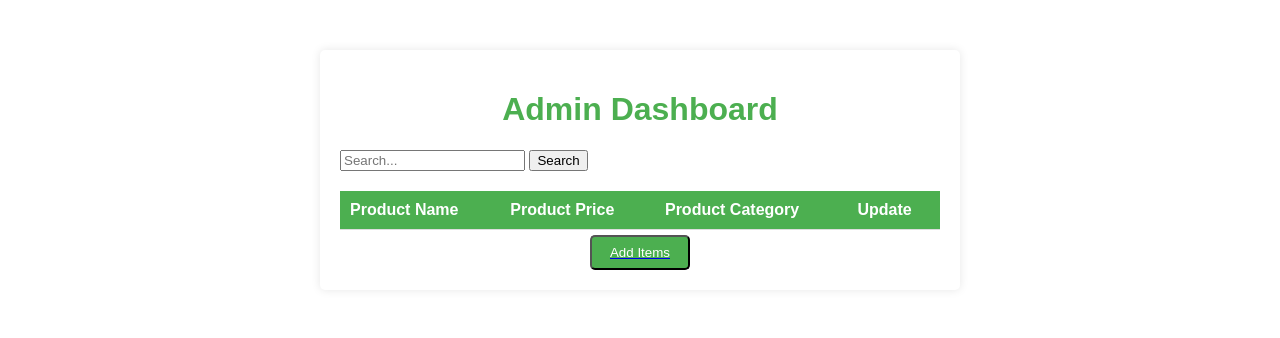
Repository: UrinduYatawakaa/OOP_project
Page: http://localhost/ProductDemo/AllServlet
The author's editor kept a copy of each file at every save. The page is drawn from the files as they stood at one save, then again after the next save.
The browser window is 1280 px wide. The pictures show the whole page.
The page is served by Tomcat 9. Queries for data that is not in the repository find no rows.

Above is the page before, as saved 2023-10-25 18:30:49.

After the next save:
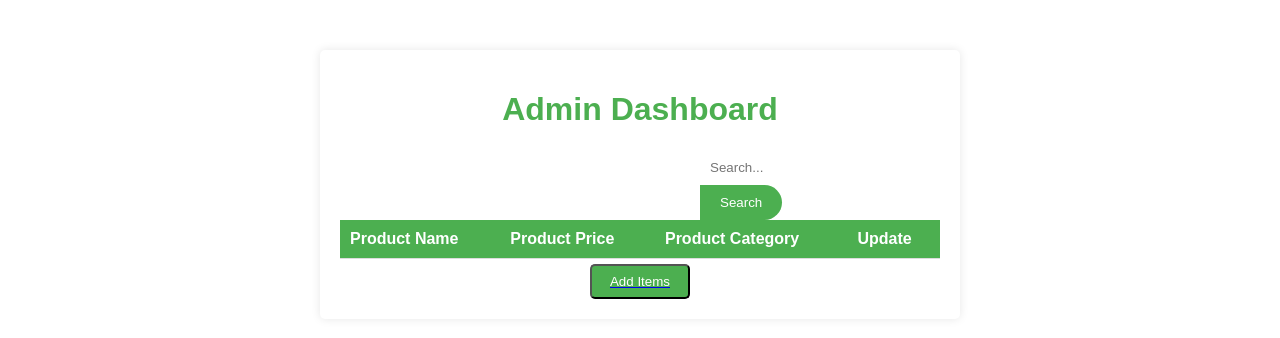
Saved 85 s later.
--- a/oop project/ProductDemo/src/main/webapp/searchbarAdmin.jsp
+++ b/oop project/ProductDemo/src/main/webapp/searchbarAdmin.jsp
@@ -8,6 +8,7 @@
 <head>
     <meta charset="UTF-8">
     <meta name="viewport" content="width=device-width, initial-scale=1.0">
+    <link rel="stylesheet" href="css/stylesheader.css" type="text/css">
     <link rel="stylesheet" href="css/category.css" type="text/css">
     <title>Simple Grocery Cart</title>
 </head>

After the save that followed:
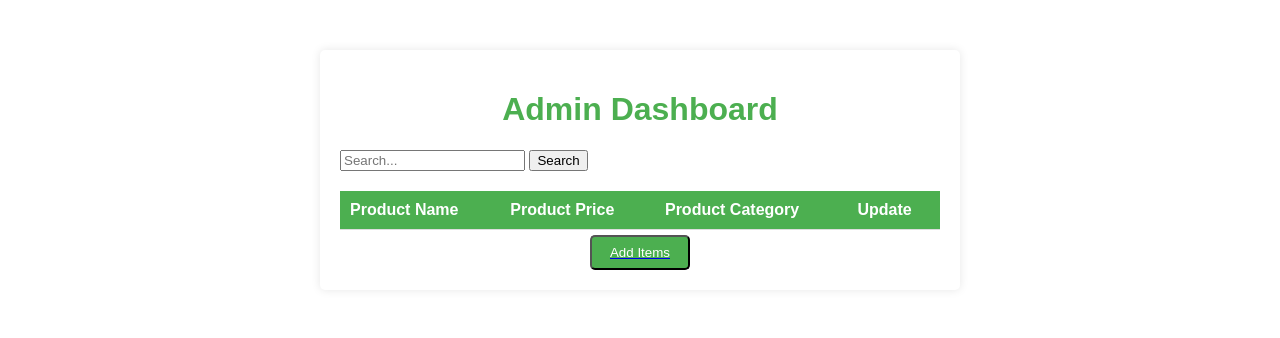
Saved 71 s later.
--- a/oop project/ProductDemo/src/main/webapp/searchbarAdmin.jsp
+++ b/oop project/ProductDemo/src/main/webapp/searchbarAdmin.jsp
@@ -8,7 +8,6 @@
 <head>
     <meta charset="UTF-8">
     <meta name="viewport" content="width=device-width, initial-scale=1.0">
-    <link rel="stylesheet" href="css/stylesheader.css" type="text/css">
     <link rel="stylesheet" href="css/category.css" type="text/css">
     <title>Simple Grocery Cart</title>
 </head>
